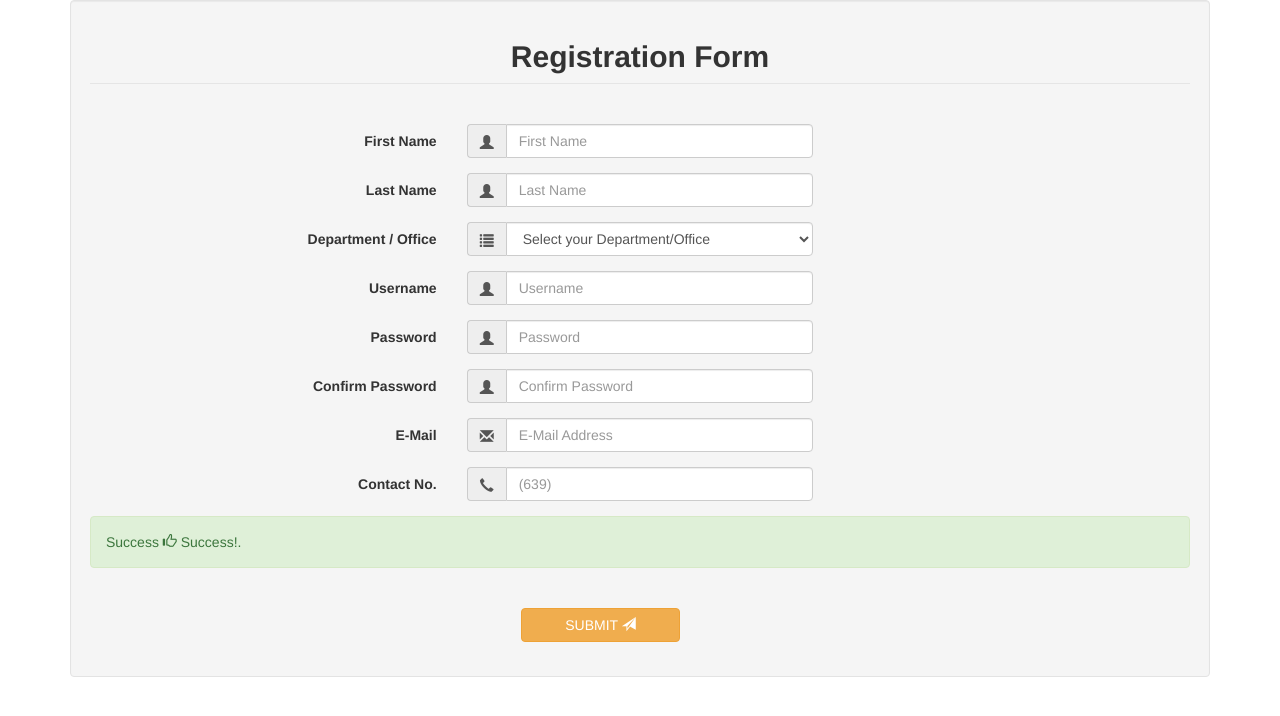
Repository: SumiyaSulaiman/project1
Page: http://localhost/cycle/registration.jsp
These files come from the project's save history. The page is drawn as it stood at one moment and after the next save; the edit follows.
The browser window is 1280 px wide. The pictures show the whole page.
Some web libraries are served in a nearby version. The page is served by Tomcat 9. Nobody is signed in. The application's start-up code is not run. Other server files are loaded and not shown.

Above is the page before, as saved 2017-12-20 08:36:58.

### project/cycle/src/main/webapp/registration.jsp
<%@ page language="java" contentType="text/html; charset=ISO-8859-1"
    pageEncoding="ISO-8859-1"%>
<!DOCTYPE html PUBLIC "-//W3C//DTD HTML 4.01 Transitional//EN" "http://www.w3.org/TR/html4/loose.dtd">
<html>
<head>
  <meta charset="utf-8">
  <meta http-equiv="X-UA-Compatible" content="IE=edge">
  <meta name="description" content="">
  <meta name="viewport" content="width=device-width, initial-scale=1">
  <link rel="stylesheet" href="https://maxcdn.bootstrapcdn.com/bootstrap/3.3.7/css/bootstrap.min.css">
  <script src="https://ajax.googleapis.com/ajax/libs/jquery/3.2.0/jquery.min.js"></script>
  <script src="https://maxcdn.bootstrapcdn.com/bootstrap/3.3.7/js/bootstrap.min.js"></script>
</head>
<body>
      <div class="container">

    <form class="well form-horizontal" action=" " method="post"  id="contact_form">
<fieldset>

<!-- Form Name -->
<legend><center><h2><b>Registration Form</b></h2></center></legend><br>

<!-- Text input-->

<div class="form-group">
  <label class="col-md-4 control-label">First Name</label>
  <div class="col-md-4 inputGroupContainer">
  <div class="input-group">
  <span class="input-group-addon"><i class="glyphicon glyphicon-user"></i></span>
  <input  name="first_name" placeholder="First Name" class="form-control"  type="text">
    </div>
  </div>
</div>

<!-- Text input-->

<div class="form-group">
  <label class="col-md-4 control-label" >Last Name</label>
    <div class="col-md-4 inputGroupContainer">
    <div class="input-group">
  <span class="input-group-addon"><i class="glyphicon glyphicon-user"></i></span>
  <input name="last_name" placeholder="Last Name" class="form-control"  type="text">
    </div>
  </div>
</div>

  <div class="form-group">
  <label class="col-md-4 control-label">Department / Office</label>
    <div class="col-md-4 selectContainer">
    <div class="input-group">
        <span class="input-group-addon"><i class="glyphicon glyphicon-list"></i></span>
    <select name="department" class="form-control selectpicker">
      <option value="">Select your Department/Office</option>
      <option>Department of Engineering</option>
      <option>Department of Agriculture</option>
      <option >Accounting Office</option>
      <option >Tresurer's Office</option>
      <option >MPDC</option>
      <option >MCTC</option>
      <option >MCR</option>
      <option >Mayor's Office</option>
      <option >Tourism Office</option>
    </select>
  </div>
</div>
</div>

<!-- Text input-->

<div class="form-group">
  <label class="col-md-4 control-label">Username</label>
  <div class="col-md-4 inputGroupContainer">
  <div class="input-group">
  <span class="input-group-addon"><i class="glyphicon glyphicon-user"></i></span>
  <input  name="user_name" placeholder="Username" class="form-control"  type="text">
    </div>
  </div>
</div>

<!-- Text input-->

<div class="form-group">
  <label class="col-md-4 control-label" >Password</label>
    <div class="col-md-4 inputGroupContainer">
    <div class="input-group">
  <span class="input-group-addon"><i class="glyphicon glyphicon-user"></i></span>
  <input name="user_password" placeholder="Password" class="form-control"  type="password">
    </div>
  </div>
</div>

<!-- Text input-->

<div class="form-group">
  <label class="col-md-4 control-label" >Confirm Password</label>
    <div class="col-md-4 inputGroupContainer">
    <div class="input-group">
  <span class="input-group-addon"><i class="glyphicon glyphicon-user"></i></span>
  <input name="confirm_password" placeholder="Confirm Password" class="form-control"  type="password">
    </div>
  </div>
</div>

<!-- Text input-->
       <div class="form-group">
  <label class="col-md-4 control-label">E-Mail</label>
    <div class="col-md-4 inputGroupContainer">
    <div class="input-group">
        <span class="input-group-addon"><i class="glyphicon glyphicon-envelope"></i></span>
  <input name="email" placeholder="E-Mail Address" class="form-control"  type="text">
    </div>
  </div>
</div>


<!-- Text input-->

<div class="form-group">
  <label class="col-md-4 control-label">Contact No.</label>
    <div class="col-md-4 inputGroupContainer">
    <div class="input-group">
        <span class="input-group-addon"><i class="glyphicon glyphicon-earphone"></i></span>
  <input name="contact_no" placeholder="(639)" class="form-control" type="text">
    </div>
  </div>
</div>

<!-- Select Basic -->

<!-- Success message -->
<div class="alert alert-success" role="alert" id="success_message">Success <i class="glyphicon glyphicon-thumbs-up"></i> Success!.</div>

<!-- Button -->
<div class="form-group">
  <label class="col-md-4 control-label"></label>
  <div class="col-md-4"><br>
    &nbsp&nbsp&nbsp&nbsp&nbsp&nbsp&nbsp&nbsp&nbsp&nbsp&nbsp&nbsp&nbsp&nbsp<button type="submit" class="btn btn-warning" >&nbsp&nbsp&nbsp&nbsp&nbsp&nbsp&nbsp&nbspSUBMIT <span class="glyphicon glyphicon-send"></span>&nbsp&nbsp&nbsp&nbsp&nbsp&nbsp&nbsp&nbsp</button>
  </div>
</div>

</fieldset>
</form>
</div>
    </div><!-- /.container -->

</body>
</html>

After the next save:
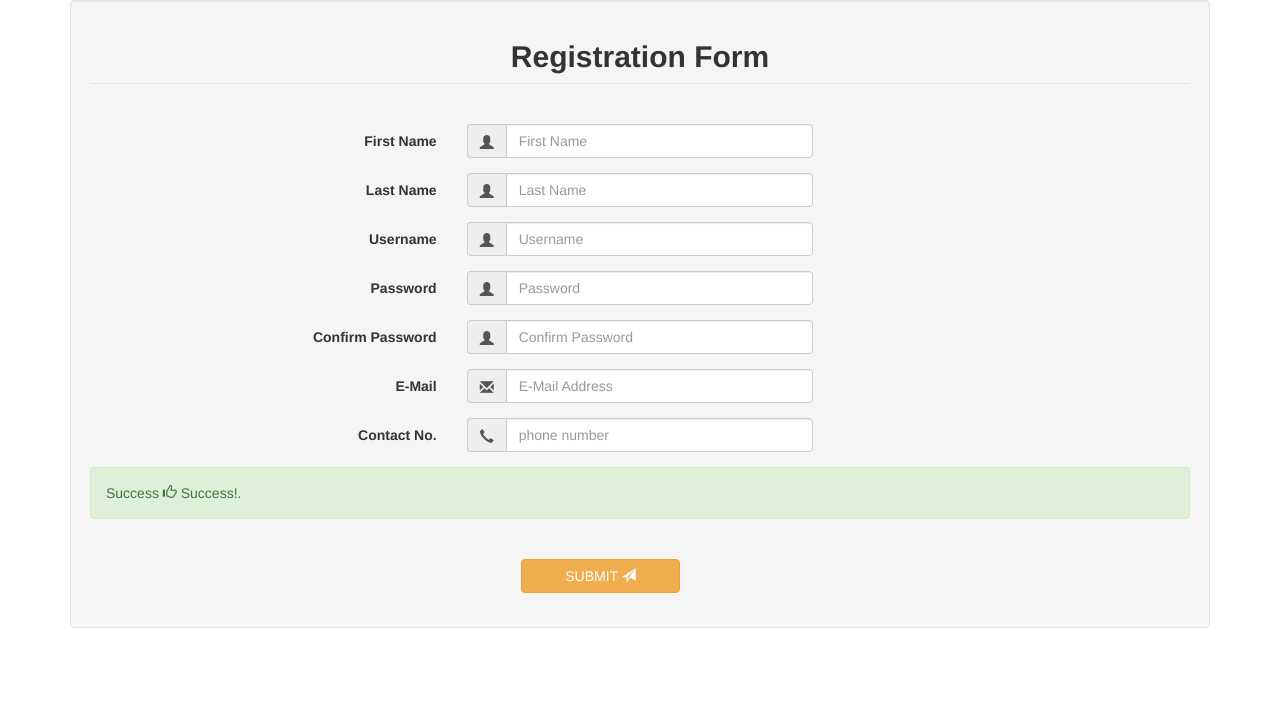
Saved 2 min 23 s later.
--- a/project/cycle/src/main/webapp/registration.jsp
+++ b/project/cycle/src/main/webapp/registration.jsp
@@ -42,27 +42,6 @@
   <input name="last_name" placeholder="Last Name" class="form-control"  type="text">
     </div>
   </div>
-</div>
-
-  <div class="form-group">
-  <label class="col-md-4 control-label">Department / Office</label>
-    <div class="col-md-4 selectContainer">
-    <div class="input-group">
-        <span class="input-group-addon"><i class="glyphicon glyphicon-list"></i></span>
-    <select name="department" class="form-control selectpicker">
-      <option value="">Select your Department/Office</option>
-      <option>Department of Engineering</option>
-      <option>Department of Agriculture</option>
-      <option >Accounting Office</option>
-      <option >Tresurer's Office</option>
-      <option >MPDC</option>
-      <option >MCTC</option>
-      <option >MCR</option>
-      <option >Mayor's Office</option>
-      <option >Tourism Office</option>
-    </select>
-  </div>
-</div>
 </div>
 
 <!-- Text input-->
@@ -120,7 +99,7 @@
     <div class="col-md-4 inputGroupContainer">
     <div class="input-group">
         <span class="input-group-addon"><i class="glyphicon glyphicon-earphone"></i></span>
-  <input name="contact_no" placeholder="(639)" class="form-control" type="text">
+  <input name="contact_no" placeholder="phone number" class="form-control" type="text">
     </div>
   </div>
 </div>
